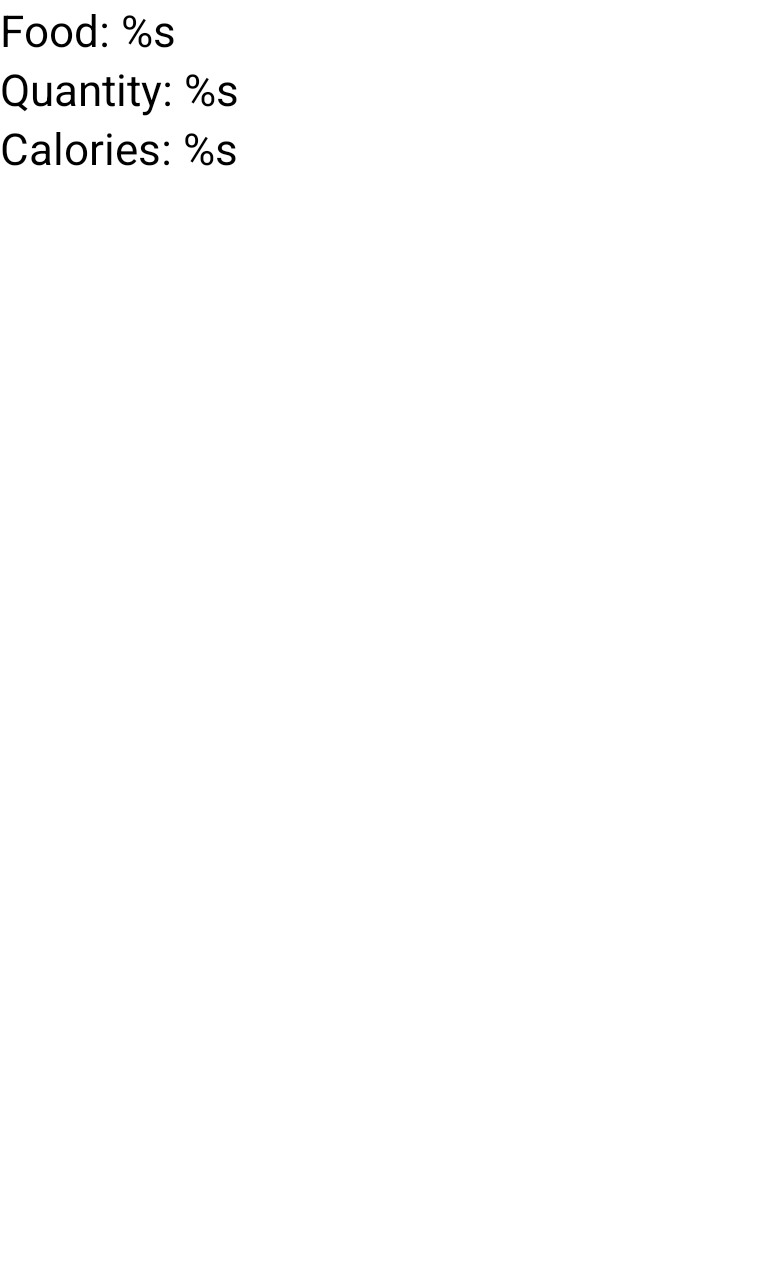
Repository: seth-skocelas/PHMS
Layout: PHMS/res/layout/display_food.xml
These files come from the project's save history. The layout is drawn as it stood at one moment and after the next save; the edit follows.
It is drawn on a 768 x 1280 px phone screen (xhdpi) without system bars, with theme AppTheme; the app's code is not run.

Above is the layout before, as saved 2014-04-22 21:12:20.

After the next save:
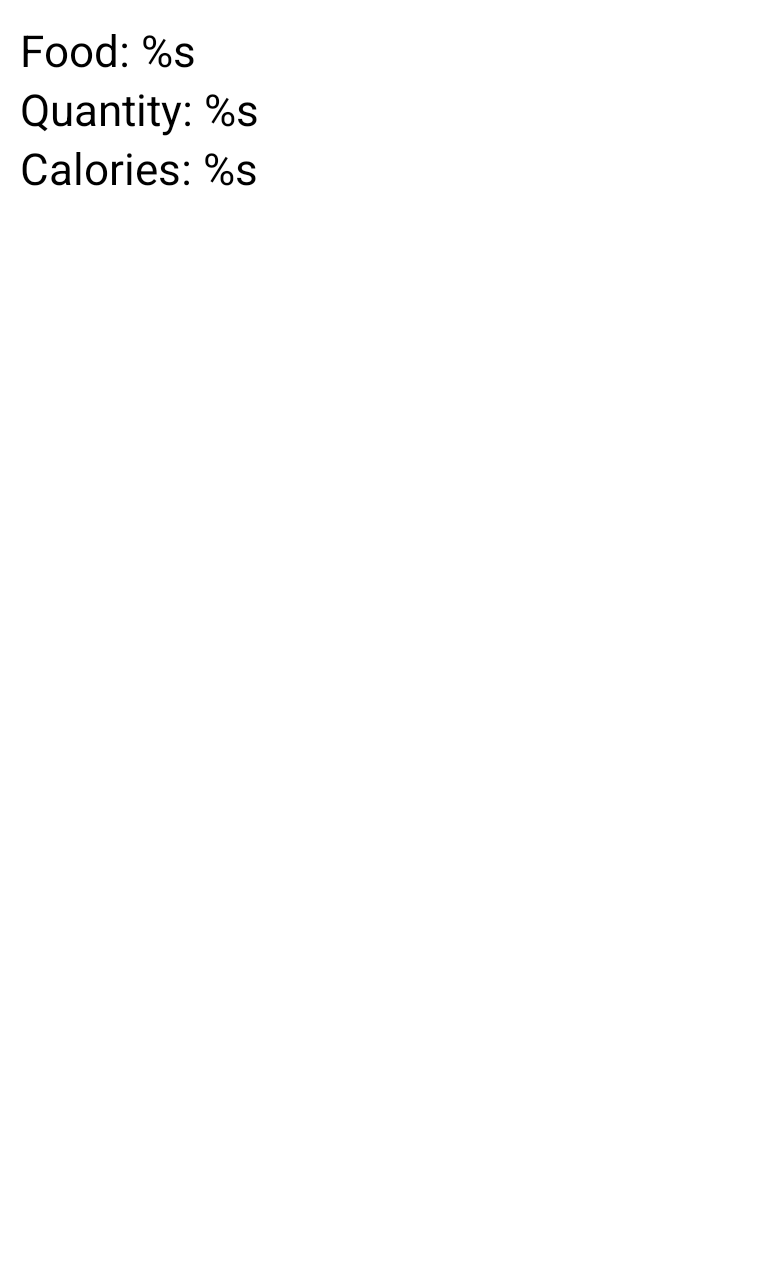
Saved 3 min 25 s later.
--- a/PHMS/res/layout/display_food.xml
+++ b/PHMS/res/layout/display_food.xml
@@ -2,7 +2,8 @@
 <LinearLayout xmlns:android="http://schemas.android.com/apk/res/android"
     android:layout_width="match_parent"
     android:layout_height="match_parent"
-    android:orientation="vertical" >
+    android:orientation="vertical"
+    android:padding="10dp" >
 
     <TextView
         android:id="@+id/displayFood"
